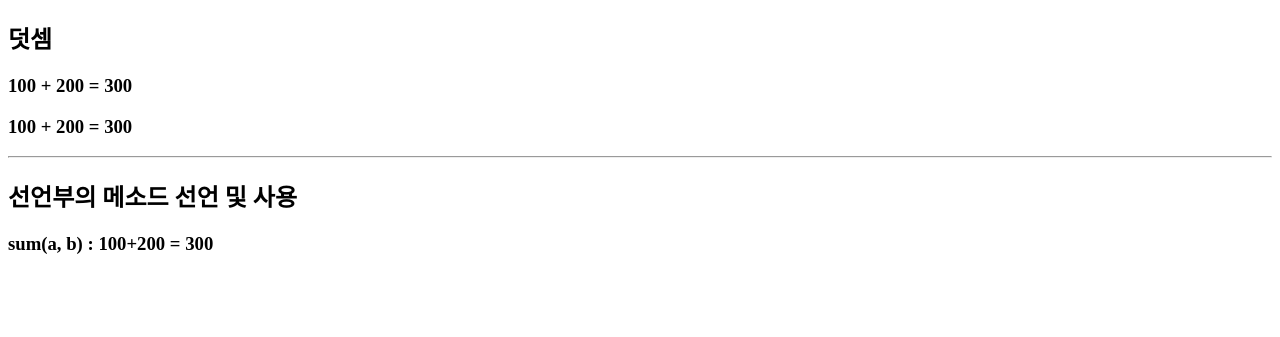
Repository: SeYoung1012/Bitcamp
Page: http://localhost/02_JSP/ex06_declaration_선언부.jsp
These files come from the project's save history. The page is drawn as it stood at one moment and after the next save; the edit follows.
The browser window is 1280 px wide. The pictures show the whole page.
The page is served by Tomcat 9.

Above is the page before, as saved 2021-09-27 02:05:27.

### 60_web/02_JSP/WebContent/ex06_declaration_선언부.jsp
<%@ page language="java" contentType="text/html; charset=UTF-8"
    pageEncoding="UTF-8"%>
<!DOCTYPE html>
<html>
<head>
<meta charset="UTF-8">
<title>선언부 메소드</title>
</head>
<body>
	<h2> 덧셈</h2>
	<h3> 100 + 200 = 300</h3>

<%
	int a = 100; //메소드내에 선언된 변수
	int b = 200;
	int sum = a + b;

%>
	<h3><%=a %> + <%=b %> = <%=sum %></h3>
	<hr>

	<h2> 선언부의 메소드 선언 및 사용</h2>
	<h3> sum(a, b) : <%=a + "+" + b%> = <%=sum(a , b) %></h3>
<%
	tot =sum(a, b);
%>


<%!
	//선언부에 작성된 코드는 피륻영역에 작성되는 코드
	private int sum (int a, int b) {
		return a+b;

	}

%>

<%!
	int tot = 0; //필드변수(전역변수)

%>

</body>
</html>

After the next save:
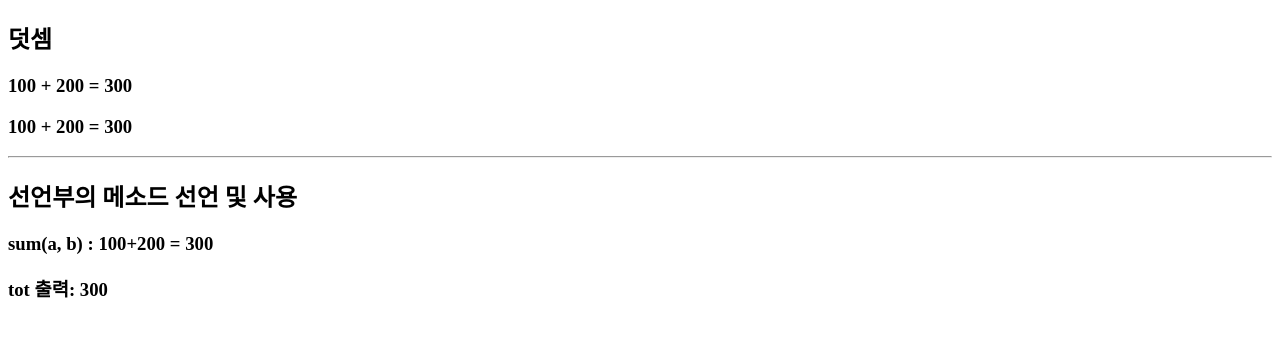
Saved 26 s later.
--- a/60_web/02_JSP/WebContent/ex06_declaration_선언부.jsp
+++ b/60_web/02_JSP/WebContent/ex06_declaration_선언부.jsp
@@ -25,6 +25,7 @@
 	tot =sum(a, b);
 %>
 
+	<h3> tot 출력: <%=tot %></h3>
 
 <%!
 	//선언부에 작성된 코드는 피륻영역에 작성되는 코드
